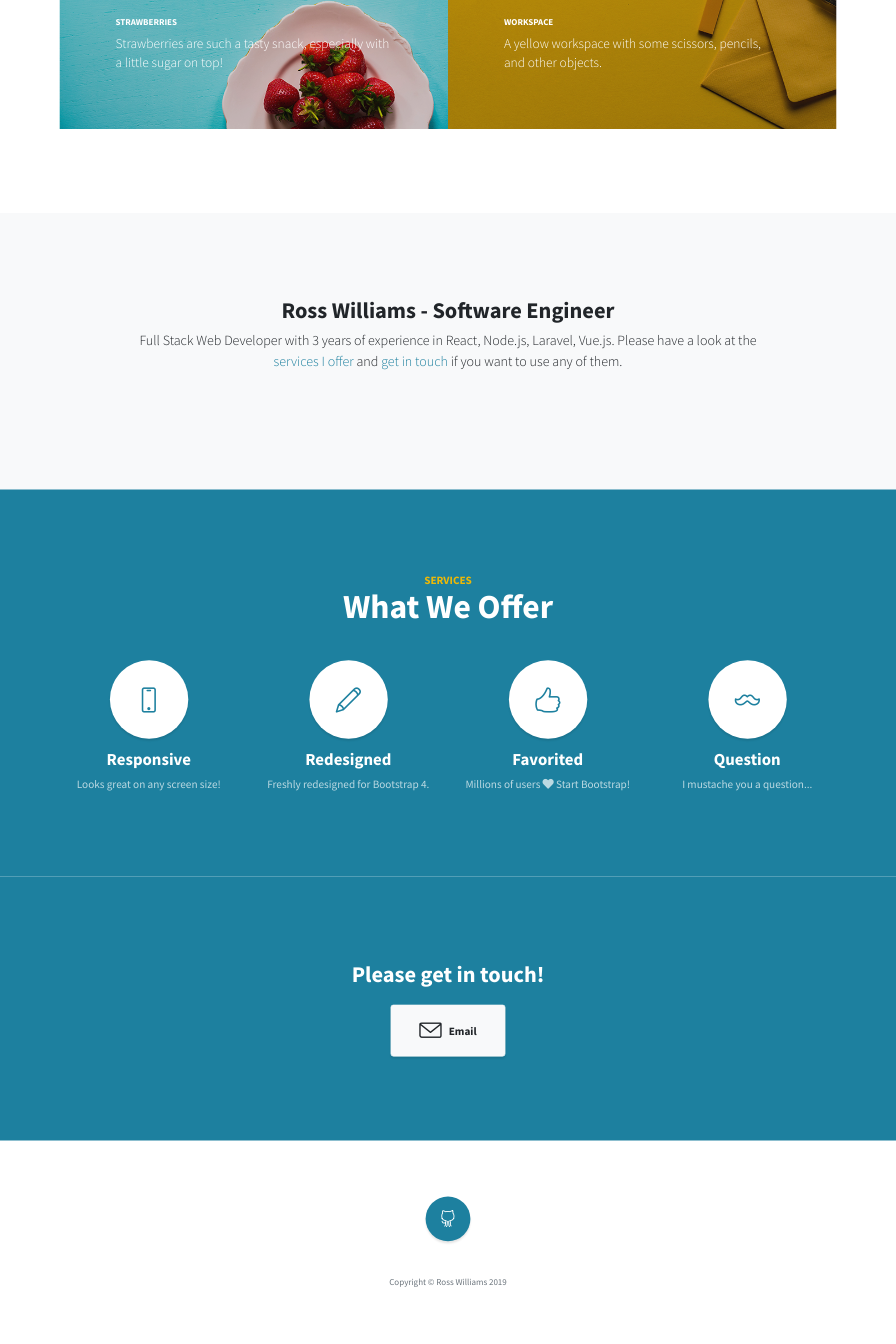
Repository: Williams94/Williams94.github.io
Page: index.html
These files come from the project's save history. The page is drawn as it stood at one moment and after the next save; the edit follows.
The browser window is 1280 px wide. The pictures show the part of the page from y = 1576 to 3496 px (the page is 3496 px tall), at 70% of full size.
A picture or video elsewhere on the page could not be fetched, so the positions and the page height are approximate.

Above is the page before, as saved 2019-07-06 13:54:52.

### index.html
<!DOCTYPE html>
<html lang="en">

<head>

  <meta charset="utf-8">
  <meta name="viewport" content="width=device-width, initial-scale=1, shrink-to-fit=no">
  <meta name="description" content="">
  <meta name="author" content="">

  <title>Stylish Portfolio - Start Bootstrap Template</title>

  <!-- Bootstrap Core CSS -->
  <link href="vendor/bootstrap/css/bootstrap.min.css" rel="stylesheet">

  <!-- Custom Fonts -->
  <link href="vendor/fontawesome-free/css/all.min.css" rel="stylesheet" type="text/css">
  <link href="https://fonts.googleapis.com/css?family=Source+Sans+Pro:300,400,700,300italic,400italic,700italic"
    rel="stylesheet" type="text/css">
  <link href="vendor/simple-line-icons/css/simple-line-icons.css" rel="stylesheet">

  <!-- Custom CSS -->
  <link href="css/stylish-portfolio.css" rel="stylesheet">
  <link href="css/custom.css" rel="stylesheet">
  <!-- <link href="css/new-age.min.css" rel="stylesheet"> -->

</head>

<body id="page-top">

  <!-- Navigation -->
  <nav class="navbar navbar-expand-lg navbar-light fixed-top" id="mainNav">
    <div class="container">
      <a class="navbar-brand js-scroll-trigger" href="#page-top">Ross Williams</a>
      <button class="navbar-toggler navbar-toggler-right" type="button" data-toggle="collapse"
        data-target="#navbarResponsive" aria-controls="navbarResponsive" aria-expanded="false"
        aria-label="Toggle navigation">
        Menu
        <i class="fas fa-bars"></i>
      </button>
      <div class="collapse navbar-collapse" id="navbarResponsive">
        <ul class="navbar-nav ml-auto">
          <li class="nav-item">
            <a class="nav-link js-scroll-trigger" href="#about">About</a>
          </li>
          <li class="nav-item">
            <a class="nav-link js-scroll-trigger" href="#portfolio">Portfolio</a>
          </li>
          <li class="nav-item">
            <a class="nav-link js-scroll-trigger" href="#services">Services</a>
          </li>
          <li class="nav-item">
            <a class="nav-link js-scroll-trigger" href="#contact">Contact</a>
          </li>
        </ul>
      </div>
    </div>
  </nav>

  <!-- Header -->
  <header class="masthead">
    <div class="container h-100">
      <div class="row h-100">
        <div class="col-lg-7 my-auto">
          <div class="header-content mx-auto">
            <h1 class="mb-5">Welcome, please take a look at my previous projects and the services I offer.</h1>
          </div>
        </div>
        <div class="col-lg-5 my-auto">
          <div class="device-container">
            <div class="device-mockup iphone6_plus portrait white">
              <div class="device">
                <div class="screen">
                  <!-- Demo image for screen mockup, you can put an image here, some HTML, an animation, video, or anything else! -->
                  <img src="img/demo-screen-1.jpg" class="img-fluid" alt="">
                </div>
                <div class="button">
                  <!-- You can hook the "home button" to some JavaScript events or just remove it -->
                </div>
              </div>
            </div>
          </div>
        </div>
      </div>
    </div>
  </header>

  <!-- Portfolio -->
  <section class="content-section" id="portfolio">
    <div class="container">
      <div class="content-section-heading text-center">
        <h3 class="text-secondary mb-0">Portfolio</h3>
        <h2 class="mb-5">Recent Projects</h2>
      </div>
      <div class="row no-gutters">
        <div class="col-lg-6">
          <a class="portfolio-item" href="#">
            <span class="caption">
              <span class="caption-content">
                <h2>Stationary</h2>
                <p class="mb-0">A yellow pencil with envelopes on a clean, blue backdrop!</p>
              </span>
            </span>
            <img class="img-fluid" src="img/portfolio-1.jpg" alt="">
          </a>
        </div>
        <div class="col-lg-6">
          <a class="portfolio-item" href="#">
            <span class="caption">
              <span class="caption-content">
                <h2>Ice Cream</h2>
                <p class="mb-0">A dark blue background with a colored pencil, a clip, and a tiny ice cream cone!</p>
              </span>
            </span>
            <img class="img-fluid" src="img/portfolio-2.jpg" alt="">
          </a>
        </div>
        <div class="col-lg-6">
          <a class="portfolio-item" href="#">
            <span class="caption">
              <span class="caption-content">
                <h2>Strawberries</h2>
                <p class="mb-0">Strawberries are such a tasty snack, especially with a little sugar on top!</p>
              </span>
            </span>
            <img class="img-fluid" src="img/portfolio-3.jpg" alt="">
          </a>
        </div>
        <div class="col-lg-6">
          <a class="portfolio-item" href="#">
            <span class="caption">
              <span class="caption-content">
                <h2>Workspace</h2>
                <p class="mb-0">A yellow workspace with some scissors, pencils, and other objects.</p>
              </span>
            </span>
            <img class="img-fluid" src="img/portfolio-4.jpg" alt="">
          </a>
        </div>
      </div>
    </div>
  </section>

  <!-- About -->
  <section class="content-section bg-light" id="about">
    <div class="container text-center">
      <div class="row">
        <div class="col-lg-10 mx-auto">
          <h2>Ross Williams - Software Engineer</h2>
          <p class="lead mb-5">Full Stack Web Developer with 3 years of experience in React, Node.js, Laravel, Vue.js.
            Please have a look at the <a href="#services">services I offer</a> and <a href="#contact">get in touch</a>
            if you want to use any of them.
          </p>
        </div>
      </div>
    </div>
  </section>

  <!-- Services -->
  <section class="content-section bg-primary text-white text-center" id="services">
    <div class="container">
      <div class="content-section-heading">
        <h3 class="text-secondary mb-0">Services</h3>
        <h2 class="mb-5">What We Offer</h2>
      </div>
      <div class="row">
        <div class="col-lg-3 col-md-6 mb-5 mb-lg-0">
          <span class="service-icon rounded-circle mx-auto mb-3">
            <i class="icon-screen-smartphone"></i>
          </span>
          <h4>
            <strong>Responsive</strong>
          </h4>
          <p class="text-faded mb-0">Looks great on any screen size!</p>
        </div>
        <div class="col-lg-3 col-md-6 mb-5 mb-lg-0">
          <span class="service-icon rounded-circle mx-auto mb-3">
            <i class="icon-pencil"></i>
          </span>
          <h4>
            <strong>Redesigned</strong>
          </h4>
          <p class="text-faded mb-0">Freshly redesigned for Bootstrap 4.</p>
        </div>
        <div class="col-lg-3 col-md-6 mb-5 mb-md-0">
          <span class="service-icon rounded-circle mx-auto mb-3">
            <i class="icon-like"></i>
          </span>
          <h4>
            <strong>Favorited</strong>
          </h4>
          <p class="text-faded mb-0">Millions of users
            <i class="fas fa-heart"></i>
            Start Bootstrap!</p>
        </div>
        <div class="col-lg-3 col-md-6">
          <span class="service-icon rounded-circle mx-auto mb-3">
            <i class="icon-mustache"></i>
          </span>
          <h4>
            <strong>Question</strong>
          </h4>
          <p class="text-faded mb-0">I mustache you a question...</p>
        </div>
      </div>
    </div>
  </section>

  <!-- Call to Action -->
  <section class="content-section bg-primary text-white">
    <div class="container text-center">
      <h2 class="mb-4">Please get in touch!</h2>
      <a href="mailto:r.b.williams94@gmail.com" class="btn btn-xl btn-light">
        <div class="email-me-button-container">
          <i class="icon-envelope"></i>Email
        </div>
      </a>
    </div>
  </section>

  <!-- Map -->
  <!-- <section id="contact" class="map">
    <iframe width="100%" height="100%" frameborder="0" scrolling="no" marginheight="0" marginwidth="0"
      src="https://maps.google.com/maps?f=q&amp;source=s_q&amp;hl=en&amp;geocode=&amp;q=Twitter,+Inc.,+Market+Street,+San+Francisco,+CA&amp;aq=0&amp;oq=twitter&amp;sll=28.659344,-81.187888&amp;sspn=0.128789,0.264187&amp;ie=UTF8&amp;hq=Twitter,+Inc.,+Market+Street,+San+Francisco,+CA&amp;t=m&amp;z=15&amp;iwloc=A&amp;output=embed"></iframe>
    <br />
    <small>
      <a
        href="https://maps.google.com/maps?f=q&amp;source=embed&amp;hl=en&amp;geocode=&amp;q=Twitter,+Inc.,+Market+Street,+San+Francisco,+CA&amp;aq=0&amp;oq=twitter&amp;sll=28.659344,-81.187888&amp;sspn=0.128789,0.264187&amp;ie=UTF8&amp;hq=Twitter,+Inc.,+Market+Street,+San+Francisco,+CA&amp;t=m&amp;z=15&amp;iwloc=A"></a>
    </small>
  </section> -->

  <!-- Footer -->
  <footer class="footer text-center">
    <div class="container">
      <ul class="list-inline mb-5">
        <li class="list-inline-item">
          <a class="social-link rounded-circle text-white" href="https://github.com/Williams94">
            <i class="icon-social-github"></i>
          </a>
        </li>
      </ul>
      <p class="text-muted small mb-0">Copyright &copy; Ross Williams 2019</p>
    </div>
  </footer>

  <!-- Scroll to Top Button-->
  <a class="scroll-to-top rounded js-scroll-trigger" href="#page-top">
    <i class="fas fa-angle-up"></i>
  </a>

  <!-- Bootstrap core JavaScript -->
  <script src="vendor/jquery/jquery.min.js"></script>
  <script src="vendor/bootstrap/js/bootstrap.bundle.min.js"></script>

  <!-- Plugin JavaScript -->
  <script src="vendor/jquery-easing/jquery.easing.min.js"></script>

  <!-- Custom scripts for this template -->
  <script src="js/stylish-portfolio.min.js"></script>

</body>

</html>

### css/stylish-portfolio.css
/*!
 * Start Bootstrap - Stylish Portfolio v5.0.6 (https://startbootstrap.com/template-overviews/stylish-portfolio)
 * Copyright 2013-2019 Start Bootstrap
 * Licensed under MIT (https://github.com/BlackrockDigital/startbootstrap-stylish-portfolio/blob/master/LICENSE)
 */

body,
html {
  width: 100%;
  height: 100%;
}

body {
  font-family: "Source Sans Pro";
}

.btn-xl {
  padding: 1.25rem 2.5rem;
}

.content-section {
  padding-top: 7.5rem;
  padding-bottom: 7.5rem;
}

.content-section-heading h2 {
  font-size: 3rem;
}

.content-section-heading h3 {
  font-size: 1rem;
  text-transform: uppercase;
}

h1,
h2,
h3,
h4,
h5,
h6 {
  font-weight: 700;
}

.text-faded {
  color: rgba(255, 255, 255, 0.7);
}

/* Map */
.map {
  height: 30rem;
}

@media (max-width: 992px) {
  .map {
    height: 75%;
  }
}

.map iframe {
  pointer-events: none;
}

.scroll-to-top {
  position: fixed;
  right: 15px;
  bottom: 15px;
  display: none;
  width: 50px;
  height: 50px;
  text-align: center;
  color: white;
  background: rgba(52, 58, 64, 0.5);
  line-height: 45px;
}

.scroll-to-top:focus,
.scroll-to-top:hover {
  color: white;
}

.scroll-to-top:hover {
  background: #343a40;
}

.scroll-to-top i {
  font-weight: 800;
}

.masthead {
  min-height: 30rem;
  position: relative;
  display: table;
  width: 100%;
  height: auto;
  padding-top: 8rem;
  padding-bottom: 8rem;
  background: -webkit-gradient(
      linear,
      left top,
      right top,
      from(rgba(255, 255, 255, 0.1)),
      to(rgba(255, 255, 255, 0.1))
    ),
    url("../img/bg-masthead.jpg");
  background: linear-gradient(
      90deg,
      rgba(255, 255, 255, 0.1) 0%,
      rgba(255, 255, 255, 0.1) 100%
    ),
    url("../img/bg-masthead.jpg");
  background-position: center center;
  background-repeat: no-repeat;
  background-size: cover;
}

.masthead h1 {
  font-size: 4rem;
  margin: 0;
  padding: 0;
}

@media (min-width: 992px) {
  .masthead {
    height: 100vh;
  }
  .masthead h1 {
    font-size: 5.5rem;
  }
}

/* Side Menu */
#sidebar-wrapper {
  position: fixed;
  z-index: 2;
  right: 0;
  width: 250px;
  height: 100%;
  -webkit-transition: all 0.4s ease 0s;
  transition: all 0.4s ease 0s;
  -webkit-transform: translateX(250px);
  transform: translateX(250px);
  background: #1d809f;
  border-left: 1px solid rgba(255, 255, 255, 0.1);
}

.sidebar-nav {
  position: absolute;
  top: 0;
  width: 250px;
  margin: 0;
  padding: 0;
  list-style: none;
}

.sidebar-nav li.sidebar-nav-item a {
  display: block;
  text-decoration: none;
  color: #fff;
  padding: 15px;
}

.sidebar-nav li a:hover {
  text-decoration: none;
  color: #fff;
  background: rgba(255, 255, 255, 0.2);
}

.sidebar-nav li a:active,
.sidebar-nav li a:focus {
  text-decoration: none;
}

.sidebar-nav > .sidebar-brand {
  font-size: 1.2rem;
  background: rgba(52, 58, 64, 0.1);
  height: 80px;
  line-height: 50px;
  padding-top: 15px;
  padding-bottom: 15px;
  padding-left: 15px;
}

.sidebar-nav > .sidebar-brand a {
  color: #fff;
}

.sidebar-nav > .sidebar-brand a:hover {
  color: #fff;
  background: none;
}

#sidebar-wrapper.active {
  right: 250px;
  width: 250px;
  -webkit-transition: all 0.4s ease 0s;
  transition: all 0.4s ease 0s;
}

.menu-toggle {
  position: fixed;
  right: 15px;
  top: 15px;
  width: 50px;
  height: 50px;
  text-align: center;
  color: #fff;
  background: rgba(52, 58, 64, 0.5);
  line-height: 50px;
  z-index: 999;
}

.menu-toggle:focus,
.menu-toggle:hover {
  color: #fff;
}

.menu-toggle:hover {
  background: #343a40;
}

.service-icon {
  background-color: #fff;
  color: #1d809f;
  height: 7rem;
  width: 7rem;
  display: block;
  line-height: 7.5rem;
  font-size: 2.25rem;
  -webkit-box-shadow: 0 3px 3px 0 rgba(0, 0, 0, 0.1);
  box-shadow: 0 3px 3px 0 rgba(0, 0, 0, 0.1);
}

.callout {
  padding: 15rem 0;
  background: -webkit-gradient(
      linear,
      left top,
      right top,
      from(rgba(255, 255, 255, 0.1)),
      to(rgba(255, 255, 255, 0.1))
    ),
    url("../img/bg-callout.jpg");
  background: linear-gradient(
      90deg,
      rgba(255, 255, 255, 0.1) 0%,
      rgba(255, 255, 255, 0.1) 100%
    ),
    url("../img/bg-callout.jpg");
  background-position: center center;
  background-repeat: no-repeat;
  background-size: cover;
}

.callout h2 {
  font-size: 3.5rem;
  font-weight: 700;
  display: block;
  max-width: 30rem;
}

.portfolio-item {
  display: block;
  position: relative;
  overflow: hidden;
  max-width: 530px;
  margin: auto auto 1rem;
}

.portfolio-item .caption {
  display: -webkit-box;
  display: -ms-flexbox;
  display: flex;
  height: 100%;
  width: 100%;
  background-color: rgba(33, 37, 41, 0.2);
  position: absolute;
  top: 0;
  bottom: 0;
  z-index: 1;
}

.portfolio-item .caption .caption-content {
  color: #fff;
  margin: auto 2rem 2rem;
}

.portfolio-item .caption .caption-content h2 {
  font-size: 0.8rem;
  text-transform: uppercase;
}

.portfolio-item .caption .caption-content p {
  font-weight: 300;
  font-size: 1.2rem;
}

@media (min-width: 992px) {
  .portfolio-item {
    max-width: none;
    margin: 0;
  }
  .portfolio-item .caption {
    -webkit-transition: -webkit-clip-path 0.25s ease-out, background-color 0.7s;
    -webkit-clip-path: inset(0px);
    clip-path: inset(0px);
  }
  .portfolio-item .caption .caption-content {
    -webkit-transition: opacity 0.25s;
    transition: opacity 0.25s;
    margin-left: 5rem;
    margin-right: 5rem;
    margin-bottom: 5rem;
  }
  .portfolio-item img {
    -webkit-transition: -webkit-clip-path 0.25s ease-out;
    -webkit-clip-path: inset(-1px);
    clip-path: inset(-1px);
  }
  .portfolio-item:hover img {
    -webkit-clip-path: inset(2rem);
    clip-path: inset(2rem);
  }
  .portfolio-item:hover .caption {
    background-color: rgba(29, 128, 159, 0.9);
    -webkit-clip-path: inset(2rem);
    clip-path: inset(2rem);
  }
}

footer.footer {
  padding-top: 5rem;
  padding-bottom: 5rem;
}

footer.footer .social-link {
  display: block;
  height: 4rem;
  width: 4rem;
  line-height: 4.3rem;
  font-size: 1.5rem;
  background-color: #1d809f;
  -webkit-transition: background-color 0.15s ease-in-out;
  transition: background-color 0.15s ease-in-out;
  -webkit-box-shadow: 0 3px 3px 0 rgba(0, 0, 0, 0.1);
  box-shadow: 0 3px 3px 0 rgba(0, 0, 0, 0.1);
}

footer.footer .social-link:hover {
  background-color: #155d74;
  text-decoration: none;
}

a {
  color: #1d809f;
}

a:hover,
a:focus,
a:active {
  color: #155d74;
}

.btn-primary {
  background-color: #1d809f !important;
  border-color: #1d809f !important;
  color: #fff !important;
}

.btn-primary:hover,
.btn-primary:focus,
.btn-primary:active {
  background-color: #155d74 !important;
  border-color: #155d74 !important;
}

.btn-secondary {
  background-color: #ecb807 !important;
  border-color: #ecb807 !important;
  color: #fff !important;
}

.btn-secondary:hover,
.btn-secondary:focus,
.btn-secondary:active {
  background-color: #ba9106 !important;
  border-color: #ba9106 !important;
}

.btn-dark {
  color: #fff !important;
}

.btn {
  -webkit-box-shadow: 0px 3px 3px 0px rgba(0, 0, 0, 0.1);
  box-shadow: 0px 3px 3px 0px rgba(0, 0, 0, 0.1);
  font-weight: 700;
}

.bg-primary {
  background-color: #1d809f !important;
}

.text-primary {
  color: #1d809f !important;
}

.text-secondary {
  color: #ecb807 !important;
}

#mainNav {
  border-color: rgba(34, 34, 34, 0.05);
  background-color: white;
  -webkit-transition: all 0.35s;
  transition: all 0.35s;
  font-family: "Catamaran", "Helvetica", "Arial", "sans-serif";
  font-weight: 200;
  letter-spacing: 1px;
}

#mainNav .navbar-brand {
  color: #fdcc52;
  font-family: "Catamaran", "Helvetica", "Arial", "sans-serif";
  font-weight: 200;
  letter-spacing: 1px;
}

#mainNav .navbar-brand:hover,
#mainNav .navbar-brand:focus {
  color: #fcbd20;
}

#mainNav .navbar-toggler {
  font-size: 12px;
  padding: 8px 10px;
  color: #222222;
}

#mainNav .navbar-nav > li > a {
  font-size: 11px;
  font-family: "Lato", "Helvetica", "Arial", "sans-serif";
  letter-spacing: 2px;
  text-transform: uppercase;
}

#mainNav .navbar-nav > li > a.active {
  color: #fdcc52 !important;
  background-color: transparent;
}

#mainNav .navbar-nav > li > a.active:hover {
  background-color: transparent;
}

#mainNav .navbar-nav > li > a,
#mainNav .navbar-nav > li > a:focus {
  color: #222222;
}

#mainNav .navbar-nav > li > a:hover,
#mainNav .navbar-nav > li > a:focus:hover {
  color: #fdcc52;
}

@media (min-width: 992px) {
  #mainNav {
    border-color: transparent;
    background-color: transparent;
  }
  #mainNav .navbar-brand {
    color: fade(white, 70%);
  }
  #mainNav .navbar-brand:hover,
  #mainNav .navbar-brand:focus {
    color: white;
  }
  #mainNav .navbar-nav > li > a,
  #mainNav .navbar-nav > li > a:focus {
    color: rgba(255, 255, 255, 0.7);
  }
  #mainNav .navbar-nav > li > a:hover,
  #mainNav .navbar-nav > li > a:focus:hover {
    color: white;
  }
  #mainNav.navbar-shrink {
    border-color: rgba(34, 34, 34, 0.1);
    background-color: white;
  }
  #mainNav.navbar-shrink .navbar-brand {
    color: #222222;
  }
  #mainNav.navbar-shrink .navbar-brand:hover,
  #mainNav.navbar-shrink .navbar-brand:focus {
    color: #fdcc52;
  }
  #mainNav.navbar-shrink .navbar-nav > li > a,
  #mainNav.navbar-shrink .navbar-nav > li > a:focus {
    color: #222222;
  }
  #mainNav.navbar-shrink .navbar-nav > li > a:hover,
  #mainNav.navbar-shrink .navbar-nav > li > a:focus:hover {
    color: #fdcc52;
  }
}


header.masthead {
  position: relative;
  width: 100%;
  padding-top: 150px;
  padding-bottom: 100px;
  color: white;
  background: url("../img/bg-pattern.png"), #7b4397;
  background: url("../img/bg-pattern.png"), -webkit-gradient(linear, right top, left top, from(#7b4397), to(#dc2430));
  background: url("../img/bg-pattern.png"), linear-gradient(to left, #7b4397, #dc2430);
}

header.masthead .header-content {
  max-width: 500px;
  margin-bottom: 100px;
  text-align: center;
}

header.masthead .header-content h1 {
  font-size: 30px;
}

header.masthead .device-container {
  max-width: 325px;
  margin-right: auto;
  margin-left: auto;
}

header.masthead .device-container .screen img {
  border-radius: 3px;
}

@media (min-width: 992px) {
  header.masthead {
    height: 100vh;
    min-height: 775px;
    padding-top: 0;
    padding-bottom: 0;
  }
  header.masthead .header-content {
    margin-bottom: 0;
    text-align: left;
  }
  header.masthead .header-content h1 {
    font-size: 50px;
  }
  header.masthead .device-container {
    max-width: 325px;
  }
}

### css/custom.css
.icon-envelope {
  font-size: 2rem;
  margin-right: 10px;
}

.email-me-button-container {
  display: flex;
  align-items: center;
}

Loaded but not shown: vendor/bootstrap/css/bootstrap.min.css (library); vendor/fontawesome-free/css/all.min.css (library); vendor/simple-line-icons/css/simple-line-icons.css (library); vendor/jquery/jquery.min.js (library); vendor/bootstrap/js/bootstrap.bundle.min.js (library); vendor/jquery-easing/jquery.easing.min.js (common file); js/stylish-portfolio.min.js (common file)

After the next save:
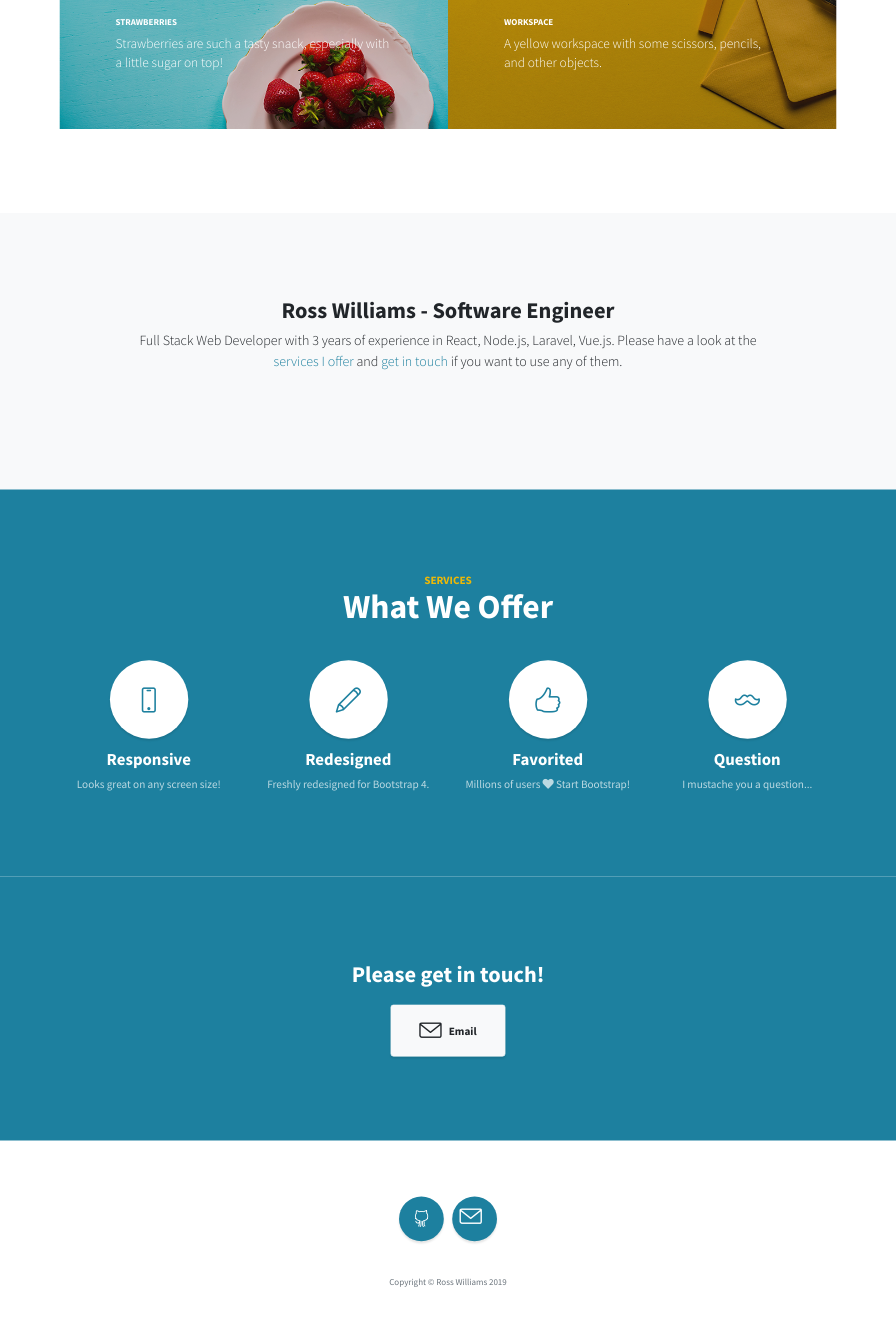
Saved 31 s later.
--- a/index.html
+++ b/index.html
@@ -238,6 +238,11 @@
             <i class="icon-social-github"></i>
           </a>
         </li>
+        <li class="list-inline-item">
+            <a class="social-link rounded-circle text-white" href="mailto:r.b.williams94@gmail.com">
+              <i class="icon-envelope"></i>
+            </a>
+          </li>
       </ul>
       <p class="text-muted small mb-0">Copyright &copy; Ross Williams 2019</p>
     </div>
